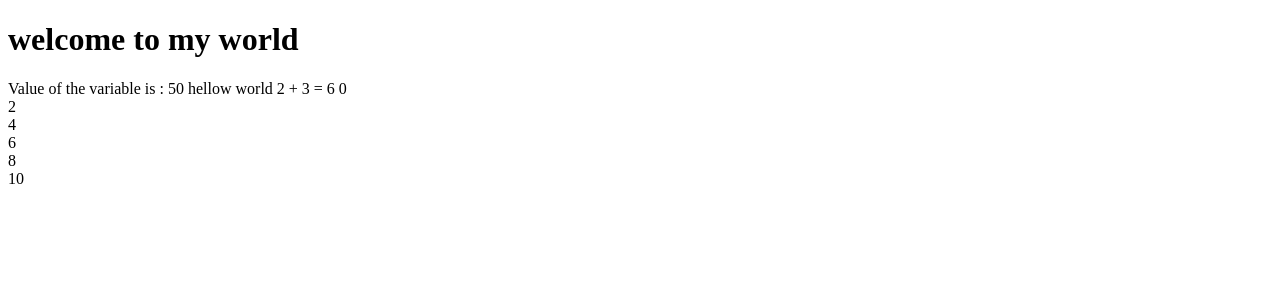
Repository: JeongYT/JSP
Page: http://localhost/jspproject/test1.jsp
The author's editor kept a copy of each file at every save. The page is drawn from the files as they stood at one save, then again after the next save.
The browser window is 1280 px wide. The pictures show the whole page.
The page is served by Tomcat 9.

Above is the page before, as saved 2023-07-06 02:28:24.

### jspproject/src/main/webapp/test1.jsp
<%@ page language="java" contentType="text/html; charset=EUC-KR"
    pageEncoding="EUC-KR"%>
<!DOCTYPE html>
<html>
<head>
<meta charset="EUC-KR">
<title>Insert title here</title>
</head>
<body>
	<h1>welcome to my world</h1>
	<%! int data = 50; %>
	<%
		out.println("Value of the variable is : " + data);
	%>
	<%!
		String makeItLower(String data) {
			return data.toLowerCase();
		}
	%>
	<%
		out.println(makeItLower("Hellow World"));
		System.out.println("콘솔로 출력하기");
	%>
	<%
		int a=2;
		int b=4;
		int sum=a+b;
		out.print("2 + 3 = " + sum);
	%>
	<%
		for(int i=0; i<=10; i++){
			if(i % 2 == 0)
				out.println(i + "<br>");
		}
	%>
</body>
</html>

After the next save:
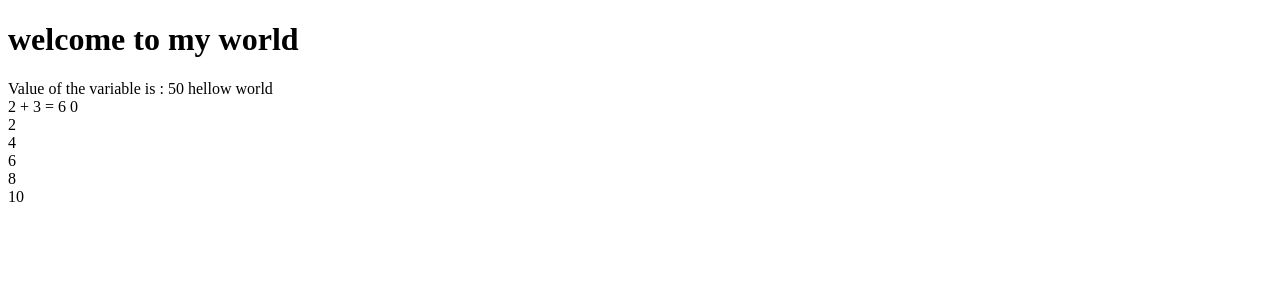
Saved 24 s later.
--- a/jspproject/src/main/webapp/test1.jsp
+++ b/jspproject/src/main/webapp/test1.jsp
@@ -18,7 +18,7 @@
 		}
 	%>
 	<%
-		out.println(makeItLower("Hellow World"));
+		out.println(makeItLower("Hellow World") + "<br>");
 		System.out.println("콘솔로 출력하기");
 	%>
 	<%
